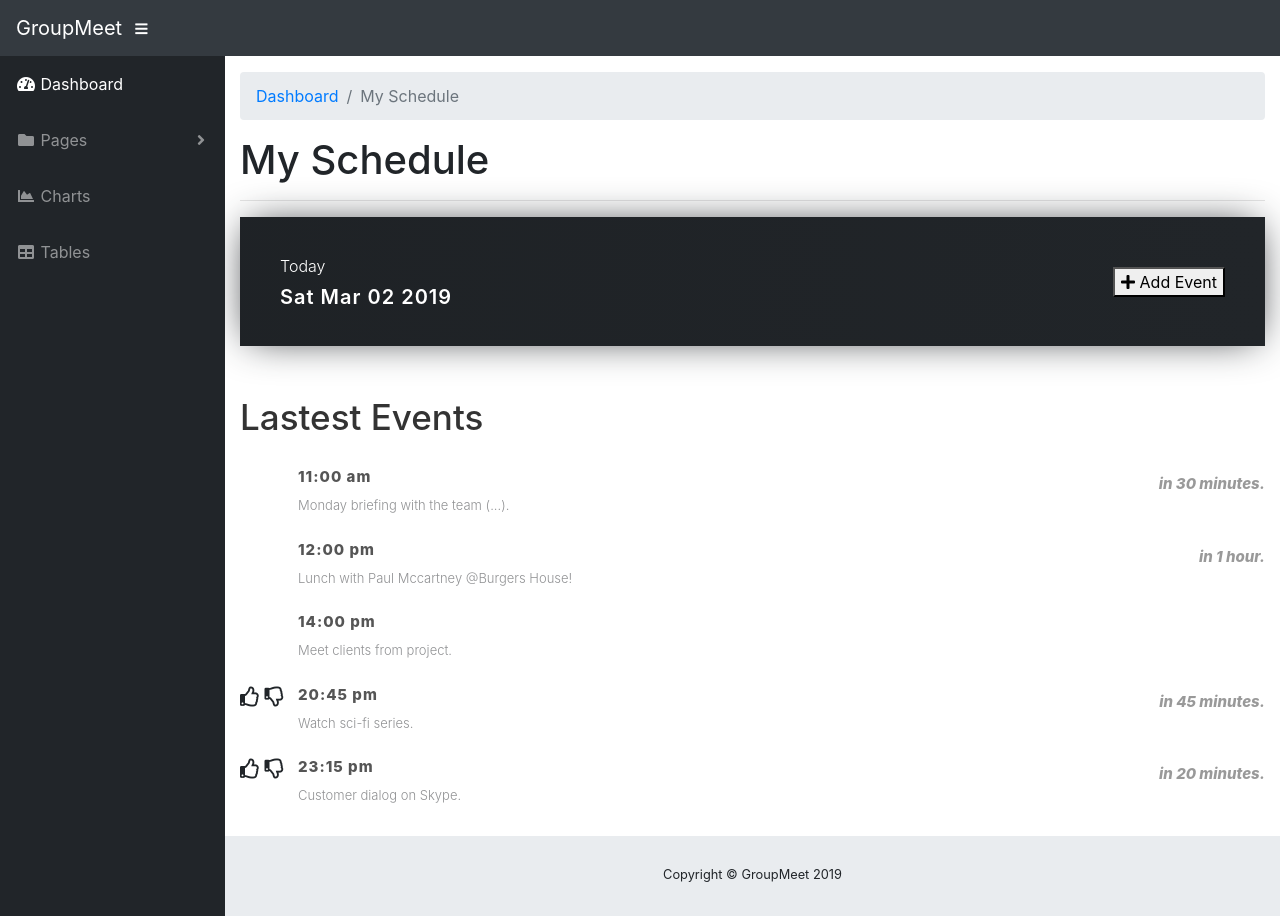
Repository: Map2g/GroupMeet
Page: http://localhost/view_personal_event.html
The author's editor kept a record of every edit. The page is drawn from the files as they stood at one moment, then again after the next edit.
The browser window is 1280 px wide. The pictures show the whole page.
The page is run by PHP 8.4 with error messages shown; the project is at /var/www/html/. Other server files are loaded and not shown.

Above is the page before.

### view_personal_event.html
<!DOCTYPE html>
  <meta charset="utf-8">
  <meta http-equiv="X-UA-Compatible" content="IE=edge">
  <meta name="viewport" content="width=device-width, initial-scale=1, shrink-to-fit=no">
  <meta name="description" content="">
  <meta name="author" content="">

  <title>SB Admin - Dashboard</title>

  <!-- Custom fonts for this template-->
  <link href="vendor/fontawesome-free/css/all.min.css" rel="stylesheet" type="text/css">

  <!-- Page level plugin CSS-->
  <link href="vendor/datatables/dataTables.bootstrap4.css" rel="stylesheet">


  <!-- Custom styles for this template-->
  <link href="css/sb-admin.css" rel="stylesheet">
  <link href="mysched.css" rel="stylesheet">

</head>

<body id="page-top">

  <nav class="navbar navbar-expand navbar-dark bg-dark static-top">

    <a class="navbar-brand mr-1" href="index.html">GroupMeet</a>

    <button class="btn btn-link btn-sm text-white order-1 order-sm-0" id="sidebarToggle" href="#">
      <i class="fas fa-bars"></i>
    </button>

    <!-- Navbar Search
    <form class="d-none d-md-inline-block form-inline ml-auto mr-0 mr-md-3 my-2 my-md-0">
      <div class="input-group">
        <input type="text" class="form-control" placeholder="Search for..." aria-label="Search" aria-describedby="basic-addon2">
        <div class="input-group-append">
          <button class="btn btn-primary" type="button">
            <i class="fas fa-search"></i>
          </button>
        </div>
      </div>
    </form>

    <!-- Navbar
    <ul class="navbar-nav ml-auto ml-md-0">
      <li class="nav-item dropdown no-arrow mx-1">
        <a class="nav-link dropdown-toggle" href="#" id="alertsDropdown" role="button" data-toggle="dropdown" aria-haspopup="true" aria-expanded="false">
          <i class="fas fa-bell fa-fw"></i>
          <span class="badge badge-danger">9+</span>
        </a>
        <div class="dropdown-menu dropdown-menu-right" aria-labelledby="alertsDropdown">
          <a class="dropdown-item" href="#">Action</a>
          <a class="dropdown-item" href="#">Another action</a>
          <div class="dropdown-divider"></div>
          <a class="dropdown-item" href="#">Something else here</a>
        </div>
      </li>
      <li class="nav-item dropdown no-arrow mx-1">
        <a class="nav-link dropdown-toggle" href="#" id="messagesDropdown" role="button" data-toggle="dropdown" aria-haspopup="true" aria-expanded="false">
          <i class="fas fa-envelope fa-fw"></i>
          <span class="badge badge-danger">7</span>
        </a>
        <div class="dropdown-menu dropdown-menu-right" aria-labelledby="messagesDropdown">
          <a class="dropdown-item" href="#">Action</a>
          <a class="dropdown-item" href="#">Another action</a>
          <div class="dropdown-divider"></div>
          <a class="dropdown-item" href="#">Something else here</a>
        </div>
      </li>
      <li class="nav-item dropdown no-arrow">
        <a class="nav-link dropdown-toggle" href="#" id="userDropdown" role="button" data-toggle="dropdown" aria-haspopup="true" aria-expanded="false">
          <i class="fas fa-user-circle fa-fw"></i>
        </a>
        <div class="dropdown-menu dropdown-menu-right" aria-labelledby="userDropdown">
          <a class="dropdown-item" href="#">Settings</a>
          <a class="dropdown-item" href="#">Activity Log</a>
          <div class="dropdown-divider"></div>
          <a class="dropdown-item" href="#" data-toggle="modal" data-target="#logoutModal">Logout</a>
        </div>
      </li>
    </ul>-->

  </nav>

  <div id="wrapper">

    <!-- Sidebar -->
    <ul class="sidebar navbar-nav">
      <li class="nav-item active">
        <a class="nav-link" href="index.html">
          <i class="fas fa-fw fa-tachometer-alt"></i>
          <span>Dashboard</span>
        </a>
      </li>
      <li class="nav-item dropdown">
        <a class="nav-link dropdown-toggle" href="#" id="pagesDropdown" role="button" data-toggle="dropdown" aria-haspopup="true" aria-expanded="false">
          <i class="fas fa-fw fa-folder"></i>
          <span>Pages</span>
        </a>
        <div class="dropdown-menu" aria-labelledby="pagesDropdown">
          <h6 class="dropdown-header">Login Screens:</h6>
          <a class="dropdown-item" href="login.html">Login</a>
          <a class="dropdown-item" href="register.html">Register</a>
          <a class="dropdown-item" href="forgot-password.html">Forgot Password</a>
          <div class="dropdown-divider"></div>
          <h6 class="dropdown-header">Group Management:</h6>
          <a class="dropdown-item" href="register_group.html">Create a Group</a>
          <a class="dropdown-item" href="blank.html">View Group</a>
        </div>
      </li>
      <li class="nav-item">
        <a class="nav-link" href="charts.html">
          <i class="fas fa-fw fa-chart-area"></i>
          <span>Charts</span></a>
      </li>
      <li class="nav-item">
        <a class="nav-link" href="tables.html">
          <i class="fas fa-fw fa-table"></i>
          <span>Tables</span></a>
      </li>
    </ul>

    <div id="content-wrapper">

      <div class="container-fluid">

        <!-- Breadcrumbs-->
        <ol class="breadcrumb">
          <li class="breadcrumb-item">
            <a href="index.html">Dashboard</a>
          </li>
          <li class="breadcrumb-item active">My Schedule</li>
        </ol>

        <!-- Page Content -->
        <h1>My Schedule</h1>
        <hr>

         <!--======= Today =======-->

       <section class="today-box" id="today-box">
          <span class="breadcrumb2">Today</span>
          <h3 class="date-title"><script>document.write(new Date().toDateString());</script></h3>
          <div class="plus-icon2">

             <button id="addEvent" class="btn-block">
                <i class="fa fa-plus"></i>
                Add Event
             </button>

            <script type="text/javascript">
              document.getElementById("addEvent").onclick = function () {
              window.location.href = "register_personal_event.html";
              };
            </script>

          </div>
       </section>

       <!--======= Upcoming Events =======-->

       <section class="upcoming-events">
          <div class="upcoming-events-head">
            Lastest Events
          </div>
             <div class="events-wrapper">
                <div class="event">
                   <h4 class="event__point">11:00 am</h4>
                   <span class="event__duration">in 30 minutes.</span>
                   <p class="event__description">
                      Monday briefing with the team (...).
                   </p>
                </div>
                <div class="event">
                   <h4 class="event__point">12:00 pm</h4>
                   <span class="event__duration">in 1 hour.</span>
                   <p class="event__description">
                      Lunch with Paul Mccartney @Burgers House!
                   </p>
                </div>
                <div class="event active">
                   <i class="ion ion-ios-radio-button-on icon-in-active-mode"></i>
                   <h4 class="event__point">14:00 pm</h4>
                   <p class="event__description">
                      Meet clients from project.
                   </p>
                </div>
                <div class="event">
                  <div class="i3">

                    <div class="hiddenradio">
                      <label>
                        <input type="radio" name="thumbs" value="up">
                        <i class="far fa-thumbs-up"></i>
                      </label>
                      <label>
                        <input type="radio" name="thumbs" value="down">
                        <i class="far fa-thumbs-down"></i>
                      </label>
                      </div>

                   </div>
                   <h4 class="event__point">20:45 pm</h4>
                   <span class="event__duration">in 45 minutes.</span>
                   <p class="event__description">
                      Watch sci-fi series.
                   </p>
                </div>
                <div class="event">
                   <div class="i3">
                    <div class="hiddenradio">
                      <label>
                        <input type="radio" name="thumbs" value="up">
                        <i class="far fa-thumbs-up"></i>
                      </label>
                      <label>
                        <input type="radio" name="thumbs" value="down">

          <!--Will need to have a unique "name category for every event listed-->
          <!--Also there's no point in having a voting option for your own schedule.-->
          <!-- this is just a template for the other pages I guess -->

                        <i class="far fa-thumbs-down"></i>
                      </label>
                      </div>
                   </div>
                   <h4 class="event__point">23:15 pm</h4>
                   <span class="event__duration">in 20 minutes.</span>
                   <p class="event__description">
                      Customer dialog on Skype.
                   </p>
                </div>
             </div>

          <!--</div>-->
       </section>


      </div>
      <!-- /.container-fluid -->

      <!-- Sticky Footer -->
      <footer class="sticky-footer">
        <div class="container my-auto">
          <div class="copyright text-center my-auto">
            <span>Copyright © GroupMeet 2019</span>
          </div>
        </div>
      </footer>

    </div>
    <!-- /.content-wrapper -->

  </div>
  <!-- /#wrapper -->

  <!-- Scroll to Top Button-->
  <a class="scroll-to-top rounded" href="#page-top">
    <i class="fas fa-angle-up"></i>
  </a>

  <!-- Logout Modal-->
  <div class="modal fade" id="logoutModal" tabindex="-1" role="dialog" aria-labelledby="exampleModalLabel" aria-hidden="true">
    <div class="modal-dialog" role="document">
      <div class="modal-content">
        <div class="modal-header">
          <h5 class="modal-title" id="exampleModalLabel">Ready to Leave?</h5>
          <button class="close" type="button" data-dismiss="modal" aria-label="Close">
            <span aria-hidden="true">×</span>
          </button>
        </div>
        <div class="modal-body">Select "Logout" below if you are ready to end your current session.</div>
        <div class="modal-footer">
          <button class="btn btn-secondary" type="button" data-dismiss="modal">Cancel</button>
          <a class="btn btn-primary" href="login.html">Logout</a>
        </div>
      </div>
    </div>
  </div>

  <!-- Bootstrap core JavaScript-->
  <script src="vendor/jquery/jquery.min.js"></script>
  <script src="vendor/bootstrap/js/bootstrap.bundle.min.js"></script>

  <!-- Core plugin JavaScript-->
  <script src="vendor/jquery-easing/jquery.easing.min.js"></script>

  <!-- Custom scripts for all pages-->
  <script src="js/sb-admin.min.js"></script>

</body>

</html>

### mysched.css
/*   To be combined with sb-admin.css???  */

html {
   box-sizing: border-box;
}

/*
*, *:before, *:after {
   box-sizing: inherit;
}

* {
   outline: 0;
}

/*body {
   background: linear-gradient(45deg, rgb(19, 73, 95), rgb(118, 75, 226), rgb(131, 115, 198), rgb(119, 211, 185));
   background-attachment: fixed;
   height:100vh;
   padding: 3rem 0;
   margin: 0;
   color: #555;
   font: {
      family: 'Lato', sans-serif;
      size: 14px;
   }
}*/

/*.container {
   width: 90%;
   margin: auto;
}*/

/*.mobile-wrapper {*/
/*   background: #fff;*/
   /* relative with .today-box::before*/
/*   z-index: 1;  /*positive // PARENT */
/*   position: relative;*/
   /*---------*/
/*   width: 380px;*/
/*   min-height: 100%;*/
/*   margin: auto;*/
/*   padding: 10px 0 20px;*/
/*   border-radius: 10px;*/
/*   box-shadow: 0px 10px 30px -10px #000;*/
/*   overflow: hidden;*/
/*}*/

/*.header {
   padding-bottom: 15px;
   margin-bottom: 40px;
   .container {
      position: relative;
      span {
         color: #444;
         font: {
            family: 'Ramabhadra';
            size: 21px;
            weight: 700;
         }
      }
      h1 {
         margin-top: 5px;
         color: #919294;
         font: {
            size: 13px;
            weight: 300;
         }
      }

      .menu-toggle {
         width: 25px;
         height: 25px;
         background: #fff;
         padding: 24px;
         border-radius: 50%;
         direction: rtl;
         display: flex;
         align-items: center;
         justify-content: center;
         box-shadow: 0px 10px 30px -14px #000;
         position: absolute;
         top: 0;
         right: 0;
         cursor: pointer;
         span {
            display: block;
            width: 25px;
            height: 2px;
            background: #777;
            border-radius: 2px;
            transition: all 300ms ease;
            &:not(:last-child) {
               margin-bottom: 5px;
            }
            &:first-child {
               width: 20px;
            }
            &:last-child {
               width: 15px;
            }
         }
         &:hover span:first-child,
         &:hover span:last-child {
            width: 100%;
         }
      }
      &::before {
         content: "";
         display: block;
         width: 0;
         height: 0;
         border: 6px solid transparent;
         border-left-color: #e8e8e8;
         position: absolute;
         bottom: -13px;
         right: 0px;
      }
      &::after {
         content: "";
         display: block;
         width: calc(100% - 10px);
         height: 2px;
         background-color: #e8e8e8;
         position: relative;
         top: 8px;
      }
   }
}*/

.today-box {
   background: linear-gradient(to left, #212529, rgba(0, 0, 0, 0.075)), #212529;
   color: #FFF;
   padding: 37px 40px;
   position: relative;
   box-shadow: 0px 0px 40px -9px #212529;
   margin-bottom: 50px;

}

.breadcrumb2 {
   font-weight: 300;
   position: relative;
}

.date-title {
   font-size: 20px;
   margin: 7px 0 0 0;
   letter-spacing: 1px;
   font-weight: 600;
   text-shadow: 0px 0px 5px  rgba(#000, 0.15);

}

.plus-icon2 {
   position: absolute;
   top: 50%;
   transform: translateY(-50%);
   right: 40px;
   cursor: pointer;
   transition: all 350ms ease;
   transition-timing-function: cubic-bezier(0.05,1.8,1,1.57);
}

i2 {
   font-size: 30px;
   font-weight: 700;
   background: #fff;
   color: #777;
   width: 45px;
   height: 45px;
   border: 6px solid #212529;
   border-radius: 50%;
   display: flex;
   align-items: center;
   justify-content: center;
}

      .upcoming-events-head {
         color: #333;
         font-size: 35px;
         margin-bottom: 30px;
         font-weight: 500;
         line-height: 1.2;
         position: relative;
      }

      .events-wrapper {
         margin-bottom: 30px;
      }
         .event {
            position: relative;
            margin-bottom: 25px;
            padding-left:58px;
            cursor: pointer;
         }
            .i3 {
               font-size: 20px;
               font-weight: 100;
               position: absolute;
               left: 0;
               top: -4px;
            }
            .event__point {
               margin: 0;
               color: #555;
               font-size: 15px;
               font-weight: 800;
               letter-spacing: 1px;
            }

            .event__duration {
               position: absolute;
               top: 5px;
               right: 0;
               color: #999;
               font-size: 15px;
               font-weight: 800;
               font-style: italic;
            }

            .event__description {
               margin-top: 10px;
               color: #919294;
               font-size: 13px;
               font-weight: 300;
            }
               .i4 {
                  position: absolute;
                  left: 25px;
                  top: 17px;
               }


/* Voting buttons are radio for now but if vating is actually going to matter they
   will have to be buttons that do something like update a vote quantity in the dB
   by one or something... */

/* HIDE RADIO */
.hiddenradio input[type="radio"] {
  position: absolute;
  opacity: 0;
  width: 0;
  height: 0;
}

/* IMAGE STYLES */
.hiddenradio input[type="radio"] + i {
  cursor: pointer;
}

/* CHECKED STYLES */
.hiddenradio [type="radio"]:checked + i {
  color: #ee6b51;
}


/*.add-event-button {
   display: flex;
   align-items: center;
   margin-left: auto;
   border: 0;
   padding: 0;
   background: linear-gradient(to left, #485fed, rgba(255, 44, 118, .25)), #485fed;
   border-radius: 50px;
   cursor: pointer;
   box-shadow: 0px 0px 40px -9px #485fed;
   .add-event-button__title{
      color: #FFF;
      padding: 0 18px 0 23px;
      text-shadow: 0px 0px 5px  rgba(#000, 0.2);
      font: {
         family: 'Lato';
         size: 15px;
         weight: 600;
      }
   }
   .add-event-button__icon {
      display: inline-block;
      background: rgba(#FFF, 0.1);
      padding: 0 17px 0 12px;
      height: 100%;
      i {
         margin: 0;
         color: #fff;
         font-size: 25px;
         padding: 13px 0;
      }
   }
}*/

Loaded but not shown: css/sb-admin.css (library); js/sb-admin.min.js (common file)

After the next edit:
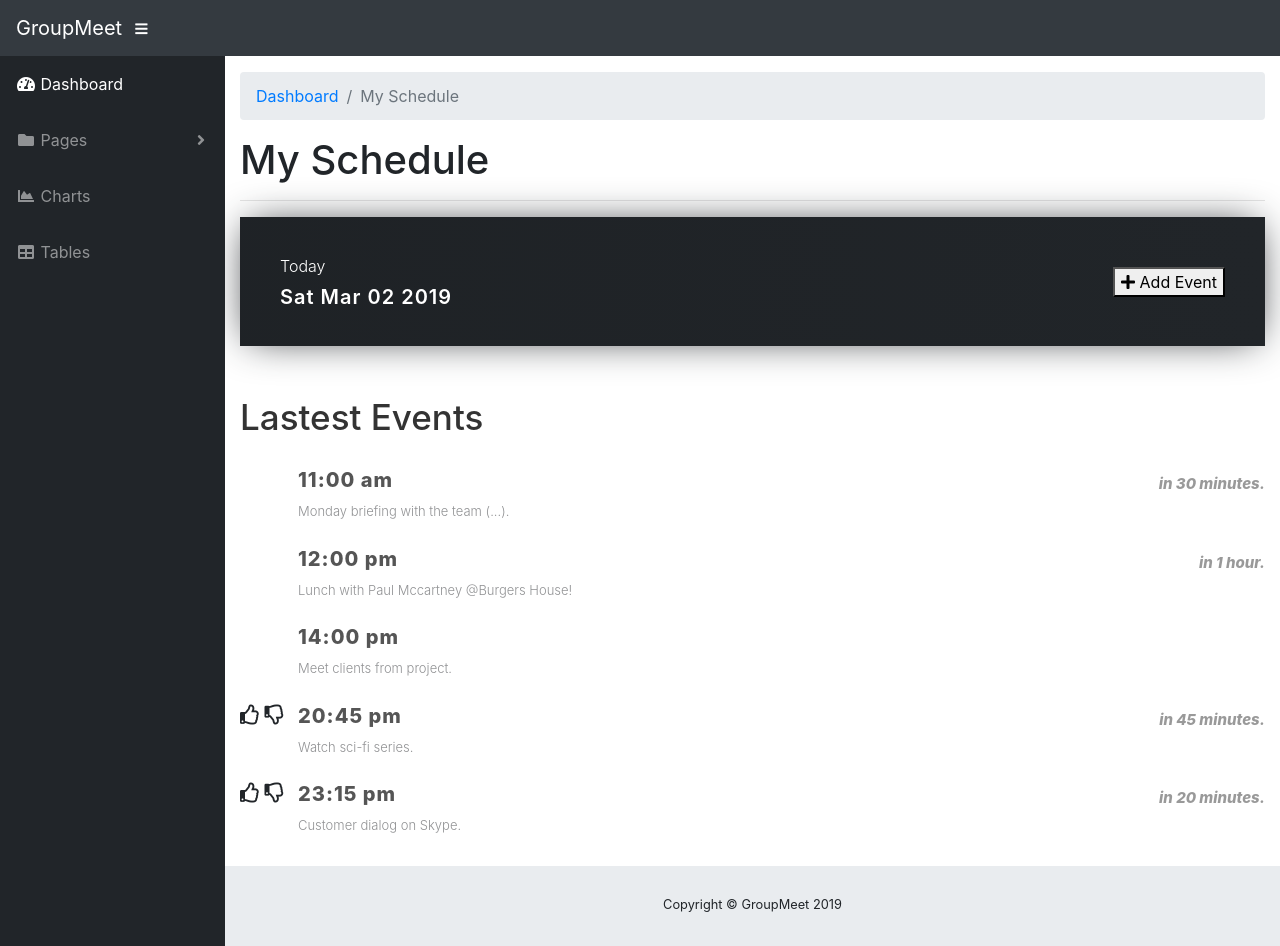
The edit:
--- a/mysched.css
+++ b/mysched.css
@@ -204,7 +204,7 @@
             .event__point {
                margin: 0;
                color: #555;
-               font-size: 15px;
+               font-size: 20px;
                font-weight: 800;
                letter-spacing: 1px;
             }
